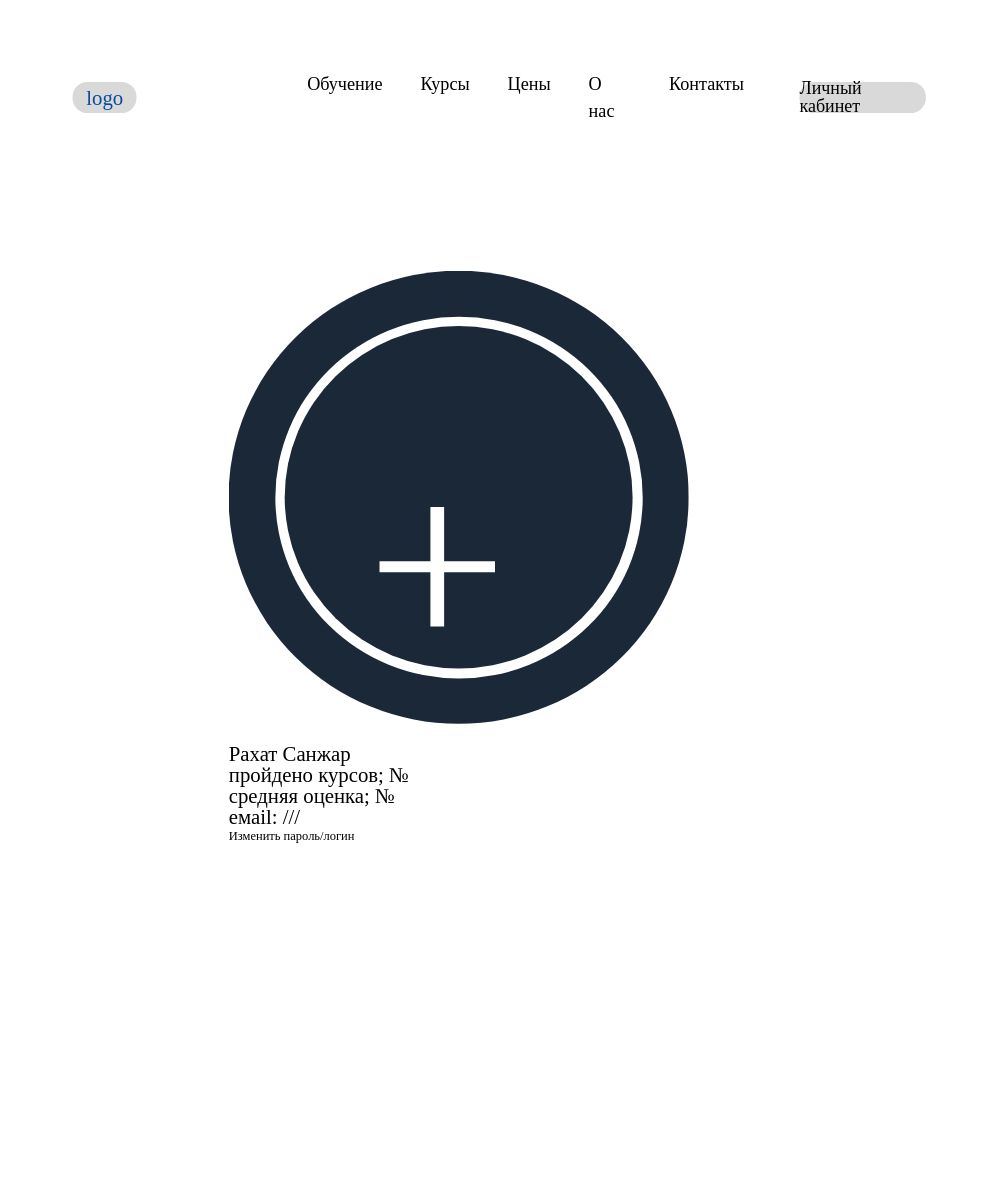
Repository: marjango/course
Page: /auth/profile
The author's editor kept a copy of each file at every save. The page is drawn from the files as they stood at one save, then again after the next save.
The browser window is 1280 px wide. The pictures show the whole page, at 78% of full size.
The project was rebuilt for these pictures with package versions that can differ from the ones it lists, and the page was loaded fresh each time. The framework's server and built-in components were replaced by stand-ins that run in the browser. Also part of the build but not shown: next.config.ts.

Above is the page before, as saved 2025-03-27 17:31:11.

After the next save:
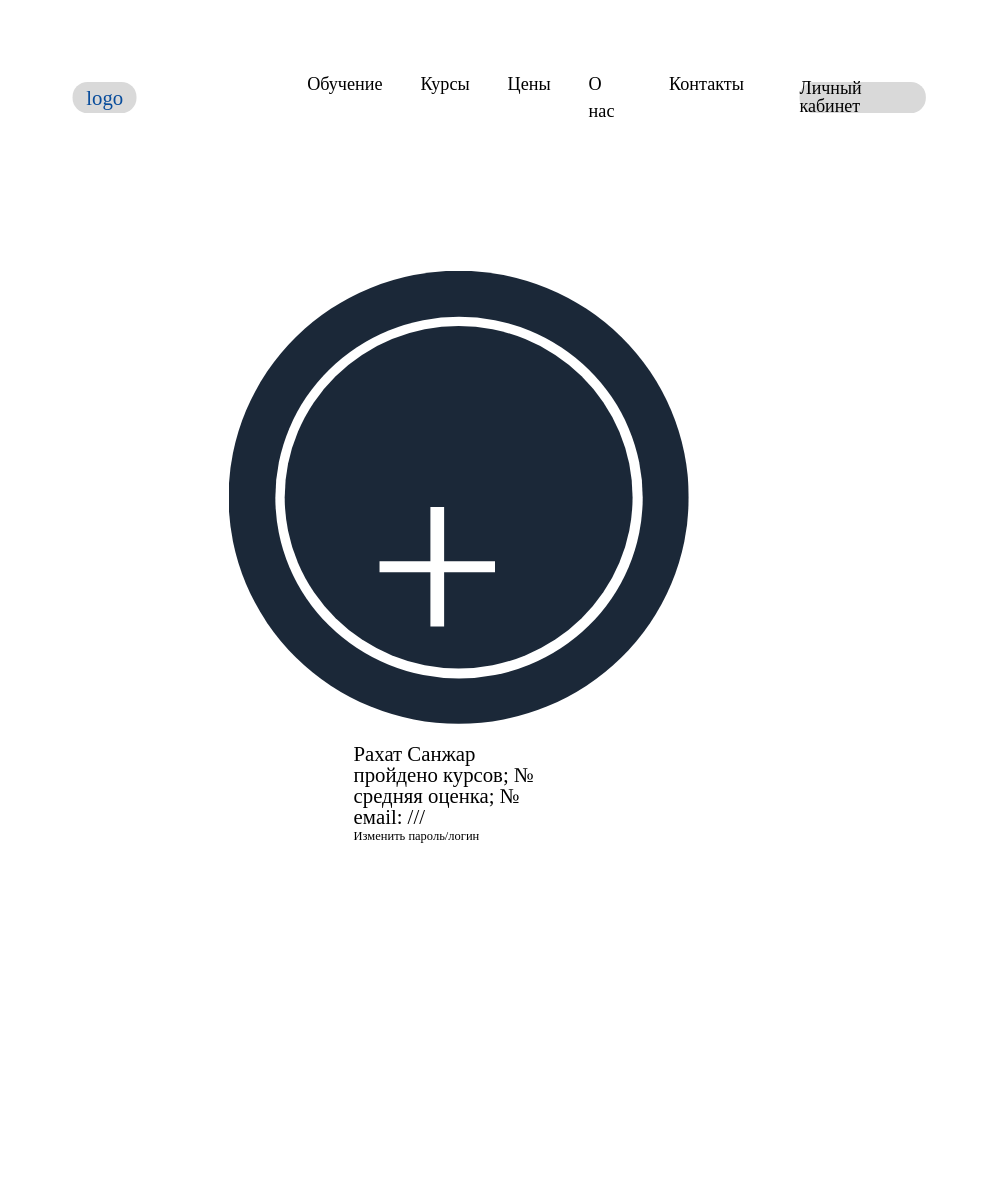
Saved 7 s later.
--- a/app/[auth]/profile/profile.module.css
+++ b/app/[auth]/profile/profile.module.css
@@ -52,5 +52,5 @@ padding: 7.03vw 7.29vw 12.60vw 7.29vw;
 
   }
   .description {
-    margin-left: ;
+    margin-left: 160px;
   }
